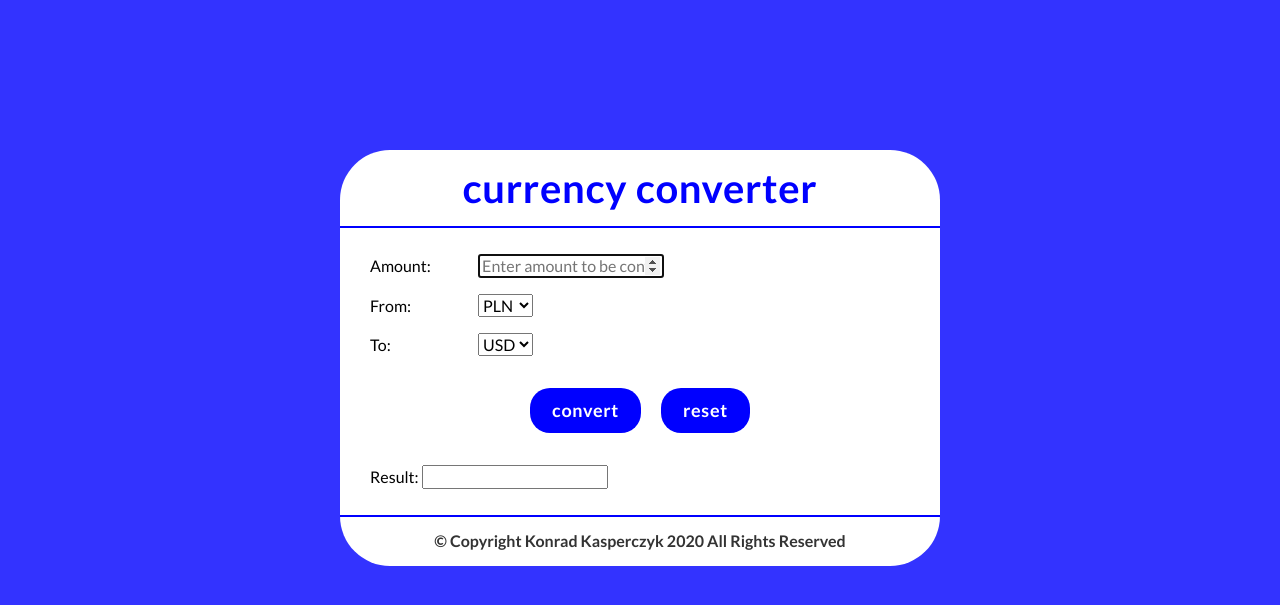
Repository: kkasperczyk/currency-converter
Page: index.html
The author's editor kept a copy of each file at every save. The page is drawn from the files as they stood at one save, then again after the next save.
The browser window is 1280 px wide. The pictures show the whole page.

Above is the page before, as saved 2020-06-16 13:22:44.

After the next save:
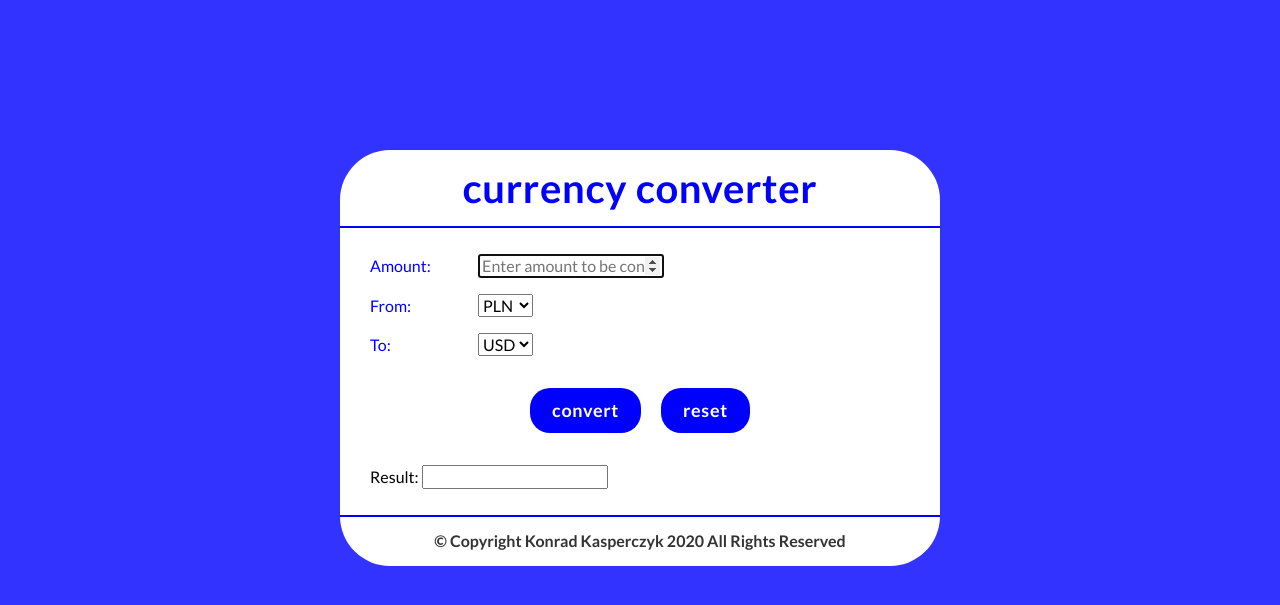
Saved 4 s later.
--- a/css/form.css
+++ b/css/form.css
@@ -2,7 +2,7 @@
     display: inline-block;
     width: 100px;
     margin-right: 5px;
-    color: #blue;
+    color: blue;
 }
 
 .form__buttons {
